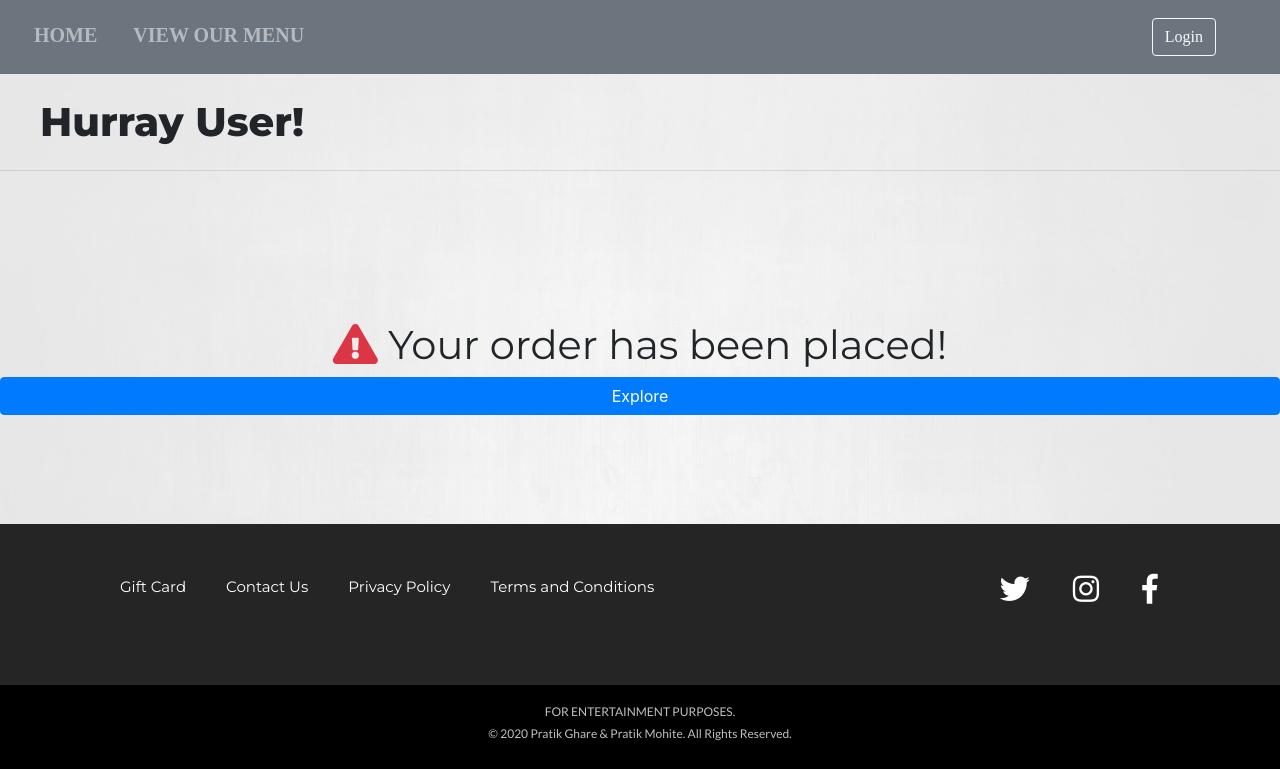
Repository: pratikghare/CafeImbiss
Page: http://localhost/Cafeteria/invoice.jsp
These files come from the project's save history. The page is drawn as it stood at one moment and after the next save; the edit follows.
The browser window is 1280 px wide. The pictures show the whole page.
Backgrounds fixed to the window are drawn as part of the page. Some web fonts or font styles are not loaded; a fallback is used. Some web libraries are served in a nearby version. The page is served by Tomcat 9. Other server files are loaded and not shown. The template is opened directly, without the code that normally fills it, so the values that code supplies are empty.

Above is the page before, as saved 2020-11-04 23:04:35.

### Cafeteria/WebContent/invoice.jsp
<!DOCTYPE html>
<%@page import="com.cafe.dto.Cart"%>
<%@page import="java.util.List"%>
<html lang="en">
<%@page import="com.cafe.dto.User" %>
<%@taglib uri="http://www.springframework.org/tags/form" prefix="spr" %>
<head>
    <meta charset="UTF-8">
    <meta name="viewport" content="width=device-width, initial-scale=1.0">
    <title>Cart | Imbiss Cafe</title>
    <link rel="icon" href="./images/logo/title-logo.png">
    <link href="https://fonts.googleapis.com/css2?family=Chelsea+Market&family=Montserrat:wght@400;800;900&family=Bubblegum+Sans&family=Mali&family=Flamenco&family=Aclonica&family=Carter+One&family=Luckiest+Guy&family=Lato&family=Montserrat+Subrayada&family=Sarabun&family=Viga&family=Wellfleet&display=swap"
        rel="stylesheet">
    <link rel="stylesheet" href="./references/training.css">
    <link rel="stylesheet" href="./references/footer.css">
    <link rel="stylesheet" href="./references/navigationBar.css">
    <link rel="stylesheet" href="./references/animation.css">
    <link rel="stylesheet" href="https://stackpath.bootstrapcdn.com/bootstrap/4.5.0/css/bootstrap.min.css">
    <script src="https://code.jquery.com/jquery-3.5.1.slim.min.js"></script>
    <script src="https://cdn.jsdelivr.net/npm/popper.js@1.16.0/dist/umd/popper.min.js"></script>
    <script src="https://stackpath.bootstrapcdn.com/bootstrap/4.5.0/js/bootstrap.min.js"></script>
    <link rel="stylesheet" href="https://use.fontawesome.com/releases/v5.6.3/css/all.css">
    <style>
		table {
		  font-family: 'Montserrat';
		  border-collapse: collapse;
		  width: 96%;
		  margin: 0 2%;
		}

		td, th {
		  border: 1px solid #dddddd;
		  text-align: left;
		  padding: 8px;
		}

		tr:nth-child(even) {
		  background-color: #dddddd;
		}
		th{
			color: rgb(10, 140, 82);
			font-weight: 600 !important;
			font-size: 19px !important;
		}
		.empty-cart{
			display:grid;
			grid-template-columns: 3fr 8fr 3fr;
			justify-content:center;
			margin-top:5em;
		}
		.empty-cart a{
			max-width: 10em;
			margin-top:2em;
		}
		.empty-cart >* {
			grid-column:2;
		}
		input[type="number"]{
			border:none;
			outline:none;
			border-radius: 5px;
			background: rgba(255,255,255,0.1) !important;
			width: 6em;
			padding: 5px 2em;
		}
		.edit-btn{
			outline: none;
			background: transparent;
			border:none;
			cursor:pointer;
		}
	</style>
</head>

<body>

	<% String name="User";
	if( session.getAttribute("user") != null)
	 name = ((User)session.getAttribute("user")).getUserName().split(" ")[0]; %>

    <!--NavigationBar-->
    <nav class="navbar navbar-expand-lg navbar-dark bg-secondary sticky-top">

        <button class="navbar-toggler" type="button" data-toggle="collapse" data-target="#navbarNav" aria-controls="navbarNav" aria-expanded="false" aria-label="Toggle navigation">
          <span class="navbar-toggler-icon"></span>
        </button>
        <div class="collapse navbar-collapse" id="navbarNav">
            <ul class="navbar-nav">
                <li class="nav-item mb-2 mt-1">
                    <a class="nav-link" href="index.jsp">HOME</a>
                </li>
                <li class="nav-item mb-2 mt-1" >
                    <a class="nav-link" href="menu.jsp">VIEW OUR MENU</a>
                </li>
            </ul>
 		<% if(session.getAttribute("user") != null){ %>
			<div class="dropdown ml-auto mr-5">
			  <button style="font-family: 'Chelsea Market'"  class="btn btn-outline-light dropdown-toggle" type="button" id="dropdownMenuButton" data-toggle="dropdown" aria-haspopup="true" aria-expanded="false">
			    <%= session.getAttribute("user") != null ? ((User)session.getAttribute("user")).getUserName():"Hello" %>
			  </button>
			  <div class="dropdown-menu" aria-labelledby="dropdownMenuButton">
			    <a style="font-family: 'Montserrat'; font-size:15px" class="dropdown-item" href="account.htm">Manage Account</a>
			    <a style="font-family: 'Montserrat'; font-size:15px" class="dropdown-item" href="getCart.htm">Cart</a>
			    <div class="dropdown-divider"></div>
          		<a style="font-family: 'Montserrat'; font-size:15px" class="dropdown-item" href="logout.htm">Logout</a>
			  </div>
			</div>
			<% }else{%>
			<div class="ml-auto mr-5">
		<!-- 	<a href="loginForm.htm" class="btn btn-outline-secondary">Login</a> -->
				<a class="btn btn-outline-light" style="font-family: 'Chelsea Market'" href="loginForm.htm" role="button">Login</a>
			</div>
			<%} %>
        </div>
    </nav>
    <!--EndofNavigationBar-->

   	<section style="min-height: 450px; display:flex; flex-direction:column;" >
   	<br>
   	<h1 style="margin-left:1em; font-family:'Montserrat'; font-weight:800">Hurray <%= name %>!</h1>
   	 <hr><br>
   	 <%-- <%
			  	List<Cart> list = (List<Cart>) request.getAttribute("itemsList");
			  	int i = 0;
			  	float total=0f;
			  	if(list.size() > 0){
			  %>

	   		<table>
			  <tr>
			    <th>No.</th>
			    <th>Product</th>
			    <th>Quatity</th>
			    <th>Price</th>
			    <th> </th>

			  </tr>
			  <!-- <tr>
			    <td>Island Trading</td>
			    <td>Helen Bennett</td>
			    <td>UK</td>
			    <td>28.25</td>
			    <td><a href="delItem.htm"><i class="fas fa-edit text-primary"></i></a></td>
			    <td><a href="updateItem.htm"><i class="fas fa-trash-alt text-danger"></i></a></td>
			  </tr> -->

			  <%
			  	for(Cart c : list){
			  		total += c.getCartPrice();
			  %>

			   <tr>
			    <td><%= ++i %></td>
			    <td><%= c.getItemName() %></td>

			    <td>
			    <form method="post" action="updateQuantity.htm">
			    <input type="number" name="quantity" value="<%= c.getQuantity() %>" />
			     <input type="hidden" name="orderId" value="<%=c.getOrderId() %>" />
			     <input type="hidden" name="itemId" value="<%=c.getItemId() %>" />
			     <button class="edit-btn"><i class="fas fa-edit text-info "></i></button>
			     </form>
			    </td>
			    <td><%= c.getCartPrice() %></td>



			    <td><a href="delItem.htm?orderId=<%=c.getOrderId() %>"><i class="fas fa-trash-alt text-danger"></i></a></td>
			  </tr>
			  <% } %>
			  <tr>
			  	<td></td>
			  	<td></td>
			  	<td class="text-primary" style="font-weight:600; text-align:center">Total Price => </td>
			  	<td><%= total %></td>
			  	<td></td>
			  </tr>
			</table>


			<div style="align-self:flex-end; margin-top:2em; margin-bottom:1em; margin-right: 1em">
				<button class="btn btn-success"  style="font-family:'Montserrat'; color:#fff;">Proceed</button>
			</div>
			<% }
			  	else{ %>
				<div class="empty-cart">
					<div style="flex:1; display:flex; flex-direction:column; justify-content:center; align-items:center;">
						<h1 style="font-family: 'Montserrat'; "><i class="fas fa-exclamation-triangle text-danger"></i> Your Cart is Empty!</h1>
					<a href="userMenu.htm" class="btn btn-primary btn-block">Explore</a>
					</div>
				</div>
			<%} %> --%>
			<div style="flex:1; display:flex; flex-direction:column; justify-content:center; align-items:center;">
						<h1 style="font-family: 'Montserrat'; "><i class="fas fa-exclamation-triangle text-danger"></i> Your order has been placed!</h1>
					<a href="userMenu.htm" class="btn btn-primary btn-block">Explore</a>
					</div>

   	</section>


    <!--Footer-->
    <footer>
        <div class="footer">
            <div class="footer-left">
                <ul>
                    <li>
                        <a href="#">Gift Card</a>
                    </li>
                    <li>
                        <a href="=#">Contact Us</a>
                    </li>
                    <li>
                        <a href="https://www.amc.com/privacy" target="_blank">Privacy Policy</a>
                    </li>
                    <li>
                        <a href="https://www.amc.com/terms" target="_blank">Terms and Conditions</a>
                    </li>
                </ul>

            </div>

            <div class="footer-right">
                <a href="https://twitter.com/pratikghare888" target=_blank><i class="fab fa-twitter"></i></a>
                <a href="https://www.instagram.com/pratikghare_/" target=_blank><i class="fab fa-instagram"></i></a>
                <a href="https://www.facebook.com/pratikghare88" target=_blank><i class="fab fa-facebook-f"></i></a>
            </div>
        </div>
        <div class="footer-copyright">
            <h6>FOR ENTERTAINMENT PURPOSES.</h6>
            <h6>&copy; 2020 Pratik Ghare & Pratik Mohite. All Rights Reserved.</h6>
        </div>
    </footer>
    <!--EndOfFooter-->
</body>

</html>

### Cafeteria/WebContent/references/training.css
#main-logo {
    height: 300px;
}

body {

    background: linear-gradient(rgba(255, 255, 255, 0.9), rgba(255, 255, 255, 0.9)), url('../images/background/bkg-dark-gray.jpg') center/cover no-repeat fixed;
    font-family: 'Montserrat';
    margin-right: 0;
}

.header {
    background: linear-gradient(rgba(0, 0, 0, 0.6), rgba(0, 0, 0, 0.4)), url('../images/background/bkg-family-1.png') center/cover no-repeat fixed;
    margin-top: auto;
    height: 550px;
}

.header h1 {
    color: #fff;
    font-family: 'Lato';
    font-weight: bold;
    font-size: 60px;
    word-spacing: 10px;
}


/* ----- Hero ----- */

.hero {
    display: flex;
    flex-direction: column;
    justify-content: center;
    align-items: center;
    background-attachment: fixed;
    width: 100%;
    height: 100%;
}


/* ----- INTRO SECTION ----- */



@media screen and (min-width: 1049px){
    .intro-section {
        background-color: rgb(108, 117, 125);
        border-top: 1px dotted #c0c0c0;
        font-family: 'Montserrat';
        color: #fff;
        padding: 4% 10%;
    }
}

@media screen and (max-width: 1049px){
    .intro-section {
        background-color: rgb(108, 117, 125);
        border-top: 1px dotted #c0c0c0;
        font-family: 'Montserrat';
        color: #fff;
        padding: 4% 10%;
        padding-top: 10%;
    }
}


@media screen and (max-width: 906px){
    .intro-section{
        margin-top: 50px;
        padding-bottom: 40px;
    }
}

.intro-section h1 {
    font-size: 40px;
    font-weight: bold;
}

.intro-section p {
    width: 100%;
    font-size: 16px;
}


/* ----- END OF INTRO SECTION ----- */


/* ----- CULTURE ----- */

.main-culture {
    margin: 10px 0;
}


@media screen and (min-width: 900px)
{
    .culture-grid-container {
        margin: 20px 0;
        display: flex;
        font-family: 'Montserrat';
        font-size: 18px;
        justify-content: center;
        align-items: center;
        border-radius: 20px;
        box-shadow: 0 5px 20px rgba(0, 0, 0, 0.2), 0 2px 10px rgba(0, 0, 0, 0.2);
    }

    .culture-grid-container img {
        max-height: 400px;
    }


}

@media screen and (max-width: 900px)
{
    .culture-grid-container {
        margin: 20px 0;
        display: flex;
        flex-wrap: wrap;
        font-family: 'Montserrat';
        font-size: 18px;
        justify-content: center;
        align-items: center;
        border-radius: 20px;
        box-shadow: 0 5px 20px rgba(0, 0, 0, 0.2), 0 2px 10px rgba(0, 0, 0, 0.2);
    }
    .culture-grid-container img {
        width: 100%;
        height: 100%;
    }


}


@media screen and (max-width: 400px)
{
    .culture-grid-container img {
        width: 100%;
        height: 100%;
    }
}

.culture-1 {
    background-color: rgba(181, 180, 122, 0.6);
    width: 80%;
}

.culture-2 {
    margin-left: 15%;
    background-color: rgba(122, 147, 181, 0.6);
}

.culture-grid-container p {
    padding: 20px 15%;

}



/* ----- End of CULTURE ----- */


/* ----- Training ----- */


/* ----- People ----- */

.grid-people-container {
    padding: 5% 5% 0 5%;
    display: grid;
    grid-template-columns: repeat(auto-fit, minmax(300px, 1fr));
    justify-content: space-evenly;
    align-items: center;
}

.grid-people-container img {
    height: 200px;
    border-radius: 50%;
    margin-bottom: 50px;
}

.main-people {
    background: linear-gradient(rgba(184, 172, 13, 0), rgba(184, 172, 13, 0.6));
    color: black;
    font-family: 'Montserrat';
    text-align: center;
}

.main-people h1 {
    font-size: 16px;
    padding: 2% 15%;
    margin: 0;
    font-weight: 100;
}


/* ----- Videos ----- */

.video-section {
    background: #969393;
    background: linear-gradient(rgba(106, 161, 138, 0), rgba(106, 161, 138, 0.1));
}
@media screen and (min-width: 1150px){

    .grid-video-container {
        padding: 3% 0;
        display: grid;
        grid-template-columns: repeat(auto-fit, minmax(200px, 1fr));
        justify-content: center;
        align-items: center;
        padding-bottom: 0;
        text-align: center;
    }
}

@media screen and (max-width: 1150px){

    .grid-video-container {
        padding: 3% 0;
        display: grid;
        justify-content: center;
        align-items: center;
        padding-bottom: 0;
        text-align: center;
    }
}

.grid-video-container h1 {
    font-size: 16px;
    font-family: 'Sarabun';
    font-weight: bold;
}

iframe {
    border-radius: 5px;
    box-shadow: 0 5px 10px rgba(0, 0, 0, 0.3), 0 5px 10px rgba(0, 0, 0, 0.3);
}



@media screen and (max-width: 600px)
{
    iframe{
        width: 300px;
        height: auto;
    }

    .button {
        padding: 10px 0;
        margin: 0 15%;
        font-size: 20px;
        text-align: center;
        font-family: 'Segoe UI';
        background-color: rgb(7, 153, 204);
        text-transform: uppercase;
        border: none;
        outline: none;
        border-radius: 5px;
    }
}

@media screen and (min-width: 600px){
    .button {
        padding: 10px 0;
        margin: 0 35%;
        font-size: 20px;
        text-align: center;
        font-family: 'Segoe UI';
        background-color: rgb(7, 153, 204);
        text-transform: uppercase;
        border: none;
        outline: none;
        border-radius: 5px;
    }
}

.button a {
    color: #fff;
    text-decoration: none;
}

.button a:hover,
.button:hover {
    text-decoration: none;
    color: #fff;
    background-color: rgb(24, 107, 140);
}

.button:active{
    transform: scale(0.97);
    transition: all 150ms ease-in-out;
}

/* ----- End of Training ----- */

### Cafeteria/WebContent/references/footer.css
* {
    margin: 0;
    padding: 0;
}

/* ----- Footer ----- */

.footer {
    background-color: rgb(37, 37, 37);
    display: grid;
    grid-template-columns: 60% 40% minmax(400px, 1fr);
    padding-top: 30px;
    padding-bottom: 50px;
    font-family: 'Lato';
}

.footer-left ul {
    display: flex;
    margin-left: 100px;
    flex-wrap: wrap;
    list-style-type: none;
}

.footer-left ul>li {
    margin: 20px 20px;
}

.footer-left span {
    margin-left: 120px;
    font-size: 12px;
}

.footer-left span a {
    font-size: 12px;
    text-transform: uppercase;
}

.footer a {
    text-decoration: none;
    font-family: 'Montserrat';
    font-size: 15px;
    color: #fff;
}

.footer a:hover {
    color: #C0C0C0;
    text-decoration: none;
}

.footer-right {
    text-align: right;
    margin-right: 20%;
}

.footer-right i {
    color: #fff;
    margin: 20px 20px;
    font-size: 30px;
}

.footer-right i:hover {
    color: #C0C0C0;
}

.footer-copyright {
    background-color: #000;
    color: #fff;
    font-size: 12px;
    padding: 20px 20px;
    color: #c0c0c0;
}

.footer-copyright h6 {
    text-align: center;
    font-size: 12px;
    font-family: 'Lato';
}

.footer-copyright p {

    font-family: 'Montserrat';
    text-align: right;
}

.footer-copyright a {
    text-decoration: none;
    color: #c0c0c0;
}

.footer-copyright a:hover {
    color: #fff;
}

.footer .active {
    color: #C0C0C0;
}

.footer span img {
    height: 12px;
}


/* ----- EndOfFooter ----- */

### Cafeteria/WebContent/references/navigationBar.css
/* ----- NavigationBar ----- */

.navbar{
    margin: 0;
    padding: 0;
}


.nav-item .active {
    border-bottom: 4px solid #fff;
}

.nav-item {
    margin: 0 10px;
}

.navbar-nav {
    font-weight: bold;
    font-family: 'Chelsea Market';
    font-size: 20px;
}

.navbar-nav ul {
    text-align: center;
}

.navbar-nav li {
    display: inline-block;

}


.navbar-nav a:hover {
    border-bottom: 4px solid #fff;
    color: #fff;
    transition: all 150ms ease-in-out;
}


/* ----- EndOfNavigationBar ----- */

### Cafeteria/WebContent/references/animation.css
body {
    opacity: 0;
    animation: fadeIn ease-in 1;
    animation-fill-mode: forwards;
    animation-duration: 0.2s;

}

@keyframes fadeIn {
    from {
        opacity: 0;
    }
    to {
        opacity: 1;
    }
}

After the next save:
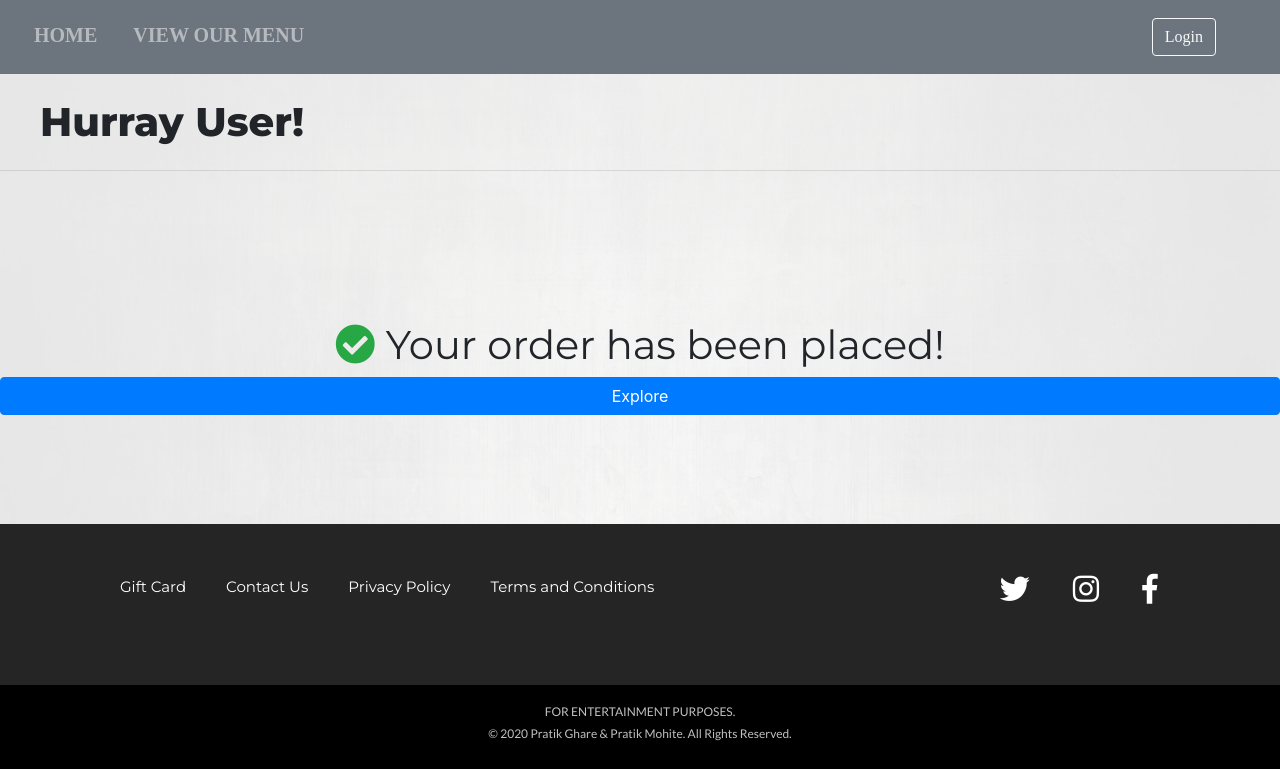
Saved 87 s later.
--- a/Cafeteria/WebContent/invoice.jsp
+++ b/Cafeteria/WebContent/invoice.jsp
@@ -191,7 +191,7 @@
 				</div>
 			<%} %> --%>
 			<div style="flex:1; display:flex; flex-direction:column; justify-content:center; align-items:center;">
-						<h1 style="font-family: 'Montserrat'; "><i class="fas fa-exclamation-triangle text-danger"></i> Your order has been placed!</h1>
+						<h1 style="font-family: 'Montserrat'; "><i class="fas fa-check-circle text-success"></i> Your order has been placed!</h1>
 					<a href="userMenu.htm" class="btn btn-primary btn-block">Explore</a>
 					</div>
 
